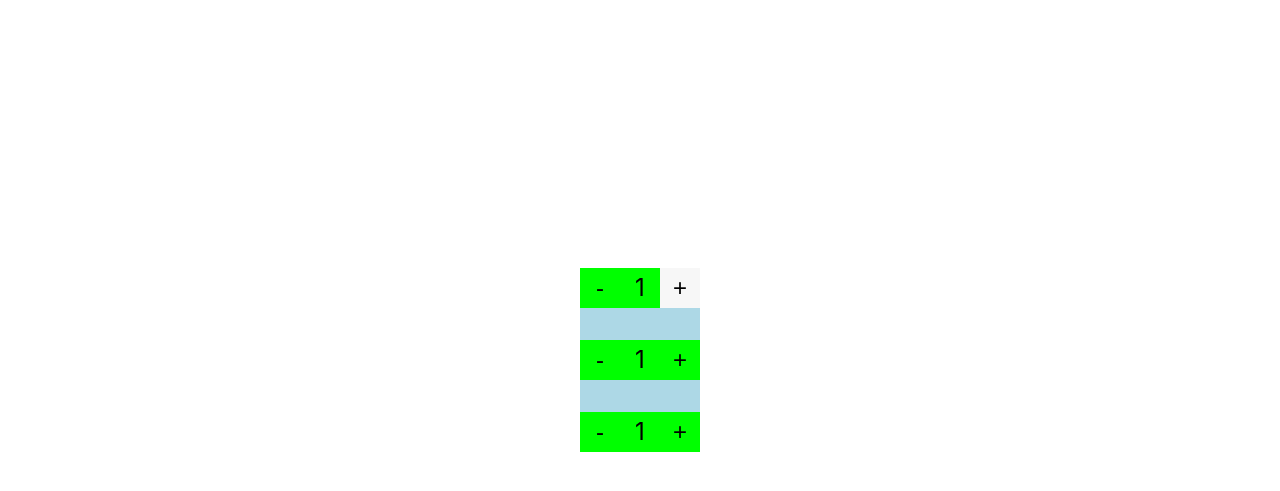
Repository: max535/test-task-netrika
Page: /
An editor plug-in stored every save of this project. The page is shown before and after the next save, followed by the edit.
The browser window is 1280 px wide. The pictures show the whole page.
The pointer rests on the first visible `.Increment`.
The project was rebuilt for these pictures with package versions that can differ from the ones it lists, and the page was loaded fresh each time.

Above is the page before, as saved 2021-10-16 07:39:01.

### public/index.html
<!DOCTYPE html>
<html lang="en">
  <head>
    <meta charset="utf-8" />
    <meta name="viewport" content="width=device-width, initial-scale=1" />
    <title>Тестовые задания</title>
  </head>
  <body>
    <div id="root"></div>
  </body>
</html>

### src/App.js
import React from 'react';
import Counter from './Counter/Counter';
import './App.css';

function App() {
  return (
    <div className="App">
      <div className="Frame">
        <Counter className="White" />
        <Counter className="Red" />
        <Counter className="Lime" />
      </div>
    </div>
  );
}

export default App;

### src/Counter/Counter.js
import React, { useState } from 'react';
import "./Counter.css";

const Counter = () => {
    const [count, setCount] = useState(1);

    const handleIncrement = () => {
        setCount(count + 1);
    }

    const handleDecrement = () => {
        setCount(count - 1);
    }

    return (
        <div className="Counter">
            <button className="Decrement" onClick={handleDecrement}>-</button>
            <div className="Count">{count}</div>
            <button className="Increment" onClick={handleIncrement}>+</button>
        </div>
    );
}

export default Counter;

### src/App.css
.App {
  position: fixed;
  top: 0;
  left: 0;
  width: 100%;
  height: 100%;
  display: flex;
  flex-direction: column;
  justify-content: center;
  align-items: center;
}

### src/Counter/Counter.css
.Frame {
    display: flex;
    flex-direction: column;
    justify-content: space-between;
    align-items: center;
    width: 120px;
    height: 184px;
    background-color: lightblue;
}


.Counter {
    display: flex;
    flex-direction: row;
    justify-content: space-between;
    width: 120px;
    height: 40px;
    background-color: lime;
    border: 0;
    border-radius: 50px;

}

.Decrement, .Increment {
    width: 40px;
    height: 40px;
    border: none;
    background-color: inherit;
    font-size: 24px;
}

.Increment:hover {
    background-color: #F7F7F7;
    transition: ease-in 3ms;
}
.Decrement:hover {
    background-color: #F7F7F7;
}

/* .Increment {
    width: 40px;
    height: 40px;
} */

.Count {
    width: 40px;
    height: 40px;
    font-size: 24px;
    text-align: center;
    margin-top: 5px;
}

Loaded but not shown: src/index.js (common file); src/index.css (common file)

After the next save:
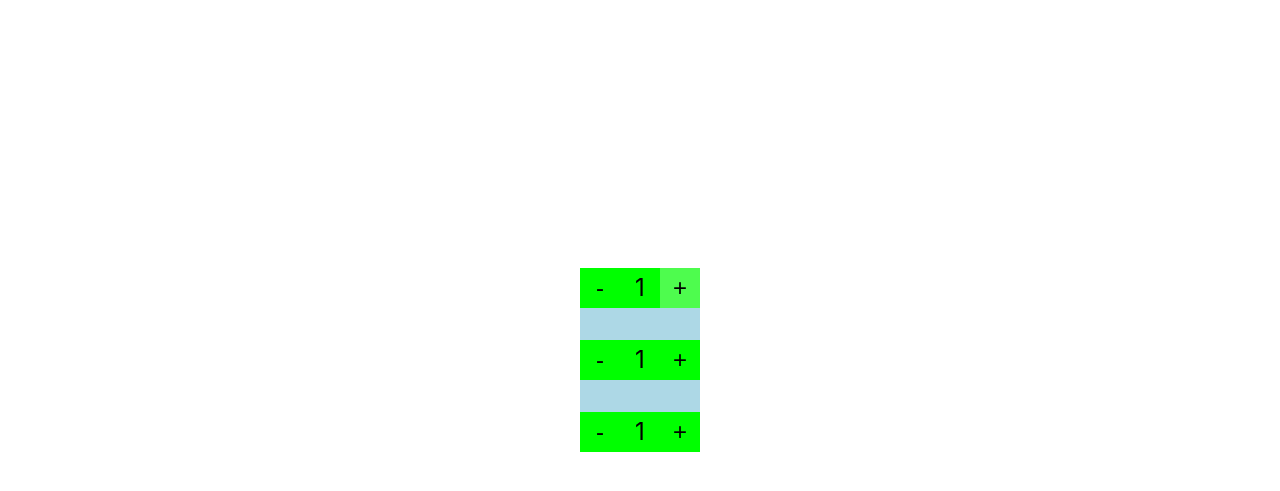
Saved 6 s later.
--- a/src/Counter/Counter.css
+++ b/src/Counter/Counter.css
@@ -31,7 +31,7 @@
 
 .Increment:hover {
     background-color: #F7F7F7;
-    transition: ease-in 3ms;
+    transition: ease-in 3s;
 }
 .Decrement:hover {
     background-color: #F7F7F7;
